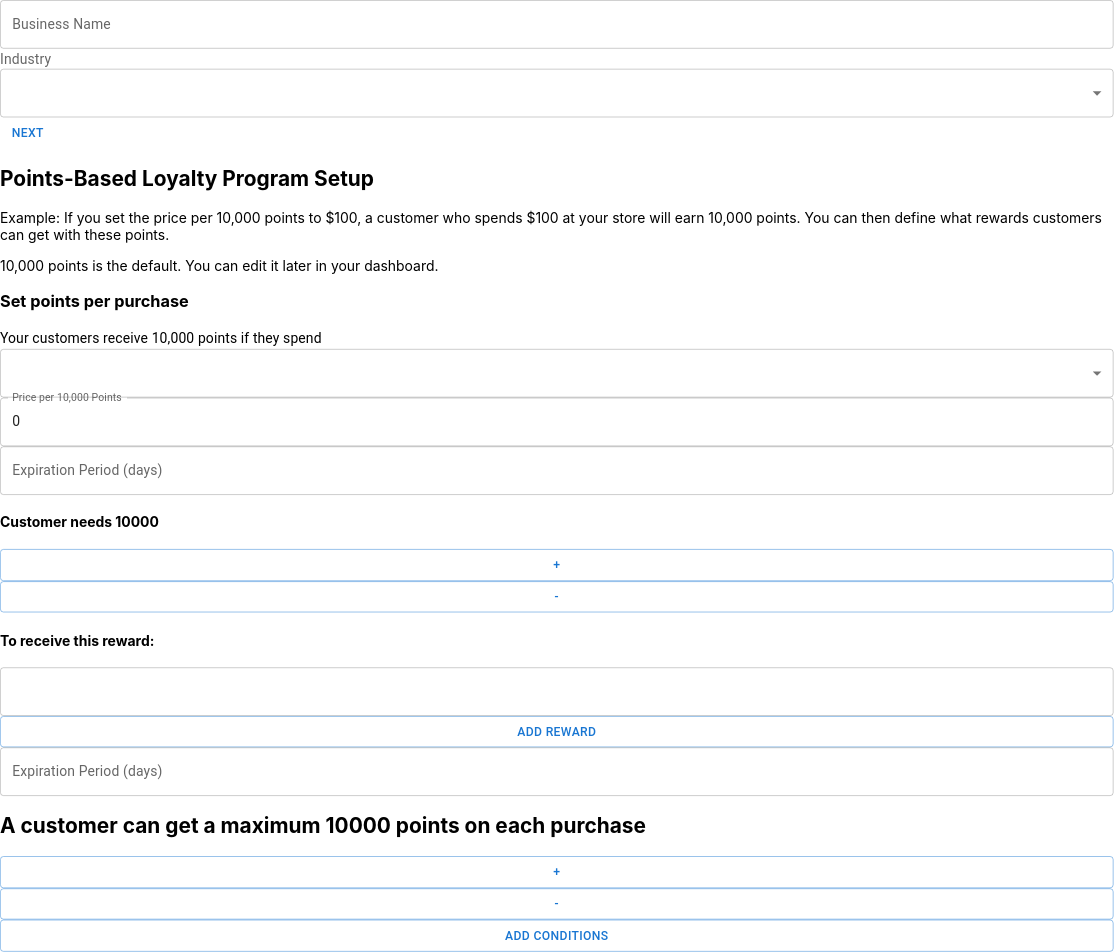
Repository: Armstrong2035/loyaltyTrackr
Page: /onboarding (app in loyalty-trackr/)
The author's editor kept a copy of each file at every save. The page is drawn from the files as they stood at one save, then again after the next save.
The browser window is 1280 px wide. The pictures show the whole page, at 87% of full size.
The project was rebuilt for these pictures with package versions that can differ from the ones it lists, and the page was loaded fresh each time. Also part of the build but not shown: loyalty-trackr/src/firebase.js, loyalty-trackr/src/Authentication/Signup.js, loyalty-trackr/src/Home/Home.js, loyalty-trackr/src/Authentication/Login.js.

Above is the page before, as saved 2024-06-07 13:21:50.

After the next save:
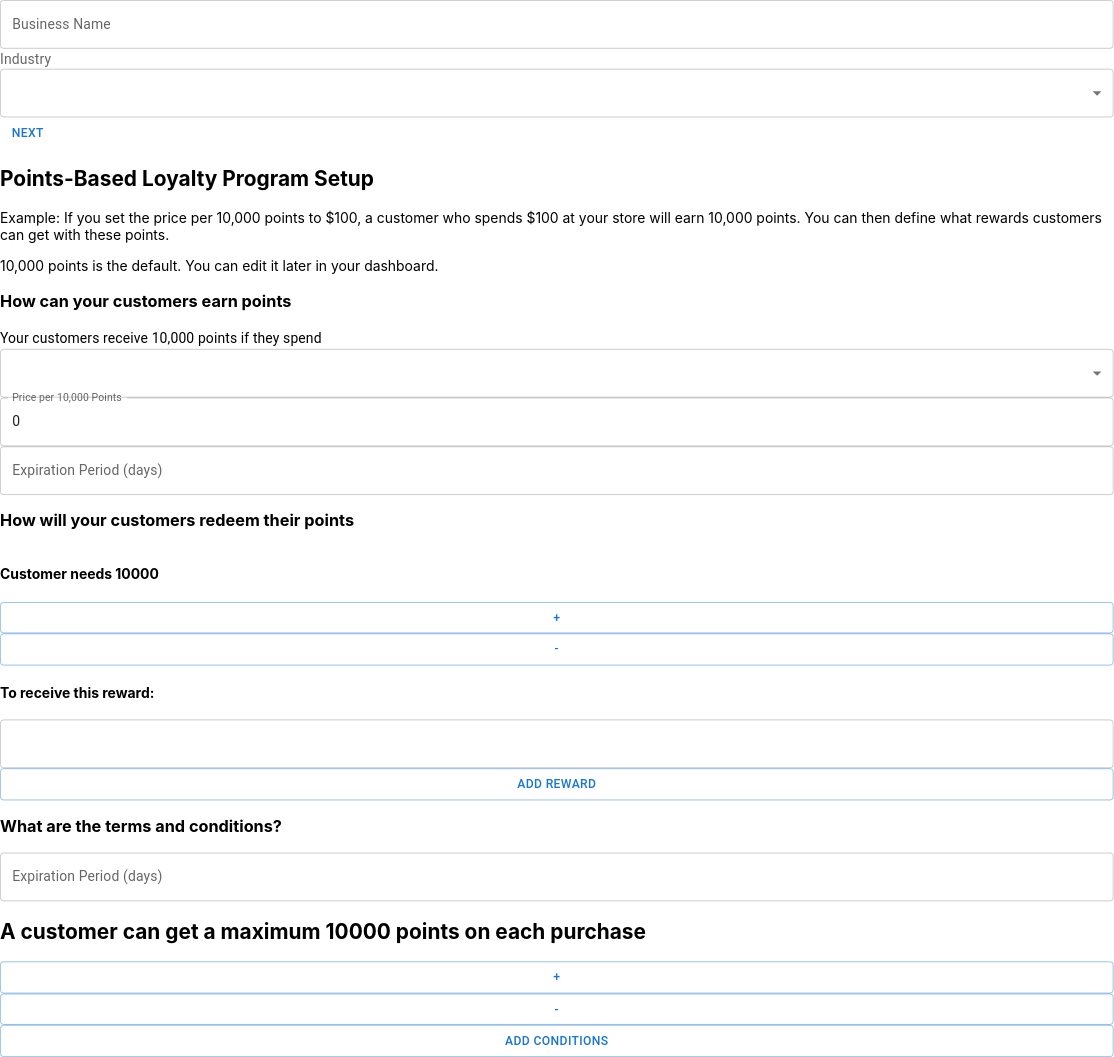
Saved 57 s later.
--- a/loyalty-trackr/src/Onboarding/LoyaltySetup/PointsBased/PointsBased.js
+++ b/loyalty-trackr/src/Onboarding/LoyaltySetup/PointsBased/PointsBased.js
@@ -19,10 +19,13 @@ export const PointsBased = () => {
         10,000 points is the default. You can edit it later in your dashboard.
       </p>
 
-      <h3>Set points per purchase</h3>
+      <h3>How can your customers earn points</h3>
+      <PointsPerPurchase />
 
-      <PointsPerPurchase />
+      <h3>How will your customers redeem their points</h3>
       <RedemptionOption />
+
+      <h3>What are the terms and conditions?</h3>
       <Conditions />
     </>
   );
